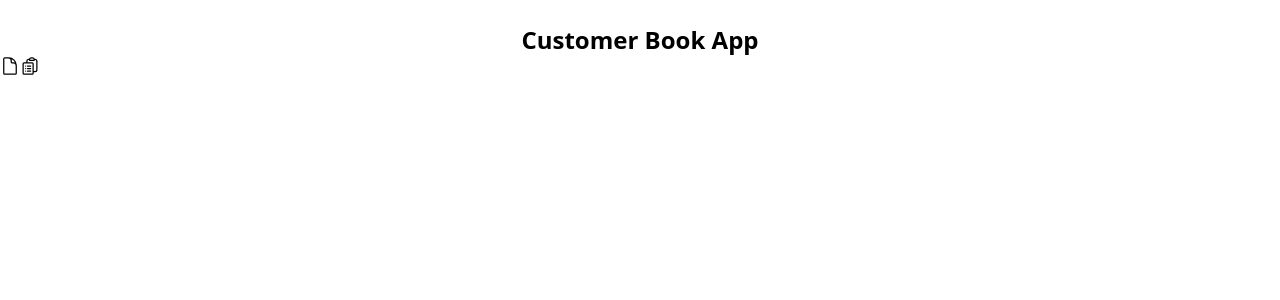
Repository: higirobruce/customerbookapp
Page: /
An editor plug-in stored every save of this project. The page is shown before and after the next save, followed by the edit.
The browser window is 1280 px wide. The pictures show the whole page.
The project was rebuilt for these pictures with package versions that can differ from the ones it lists, and the page was loaded fresh each time. The framework's server and built-in components were replaced by stand-ins that run in the browser. Also part of the build but not shown: next.config.js, components/layout/sidebar.js.

Above is the page before, as saved 2022-11-24 16:32:13.

### pages/index.js
import Head from "next/head";
import Image from "next/image";
import Sidebar from "../components/layout/sidebar";
import MainScreen from "../components/layout/mainScreen";

const Home = () => {
  return (
    <div className="flex min-h-screen flex-row">
      {/* <Sidebar /> */}
      <MainScreen />
    </div>
  );
};

export default Home;

### components/layout/mainScreen.js
import React from "react";
import {
  DocumentIcon,
  ClipboardDocumentListIcon
} from '@heroicons/react/24/outline'


export default function MainScreen() {
  return (
    <div className="flex flex-col w-full pt-6">
      {/* header */}
      <div className="flex justify-center text-2xl font-semibold">
        Customer Book App
      </div>
      {/* Menu bar */}
      <div className="flex flex-row">
        <DocumentIcon className="h-5 w-5"/>
        <ClipboardDocumentListIcon className="h-5 w-5"/>
      </div>
      {/* Body */}
    </div>
  );
}

Loaded but not shown: pages/_app.tsx (common file); styles/globals.css (common file); tailwind.config.js (common file)

After the next save:
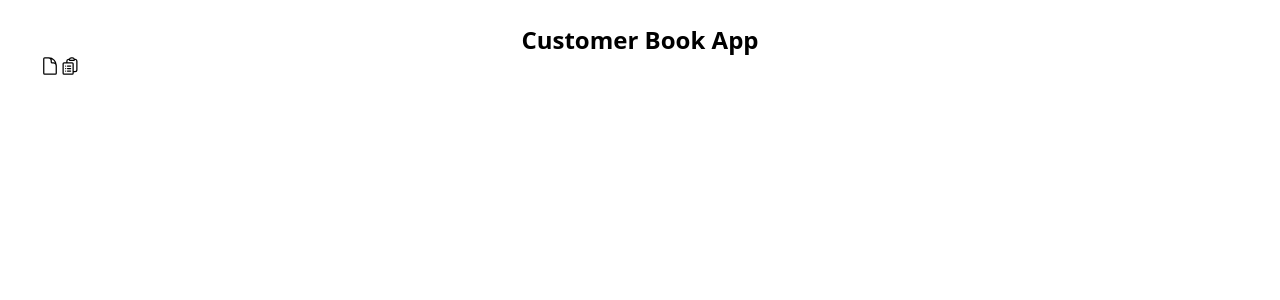
Saved 13 s later.
--- a/components/layout/mainScreen.js
+++ b/components/layout/mainScreen.js
@@ -13,7 +13,7 @@ export default function MainScreen() {
         Customer Book App
       </div>
       {/* Menu bar */}
-      <div className="flex flex-row">
+      <div className="flex flex-row px-10">
         <DocumentIcon className="h-5 w-5"/>
         <ClipboardDocumentListIcon className="h-5 w-5"/>
       </div>
